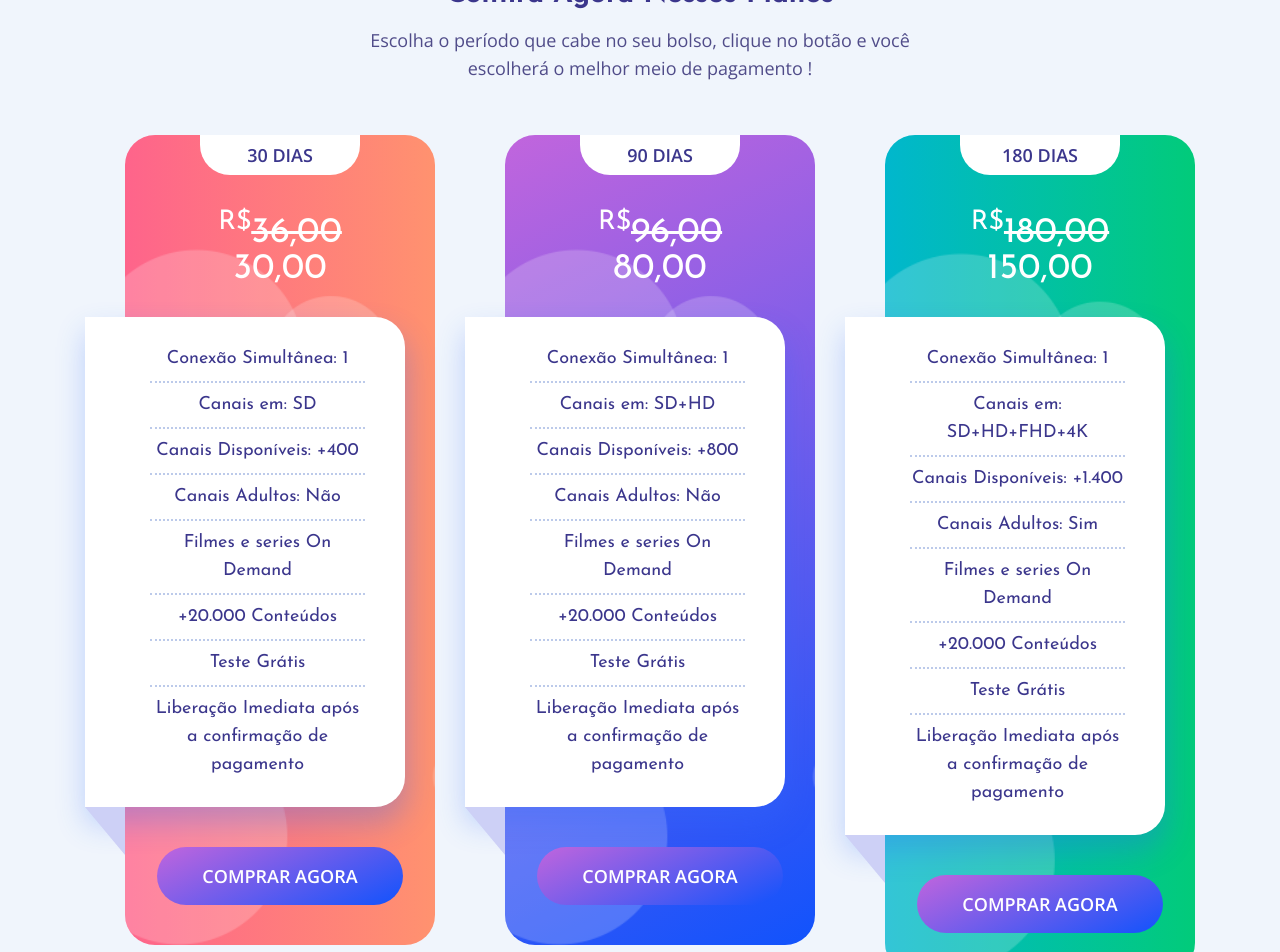
Repository: ontvplay/on
Page: stmdigitalpro.com/index11f1.html
The author's editor kept a copy of each file at every save. The page is drawn from the files as they stood at one save, then again after the next save.
The browser window is 1280 px wide. The pictures show the part of the page from y = 938 to 1890 px (the page is 3127 px tall).

Above is the page before, as saved 2022-10-31 17:27:15.
Console error: SyntaxError: Unexpected token '<'

### stmdigitalpro.com/index11f1.html
<!DOCTYPE html>
<html lang="pt-br">


<!-- Mirrored from stmdigitalpro.com/?gclid=CjwKCAjw5P2aBhAlEiwAAdY7dHFg6Q8GZTSVRuTQUSZjMLkOY-f0EL3_BmVK-qXmUvH7JYLV-5xFkBoC-UgQAvD_BwE by HTTrack Website Copier/3.x [XR&CO'2014], Mon, 31 Oct 2022 20:46:56 GMT -->
<head>
    <meta charset="UTF-8">
    <meta name="viewport" content="width=device-width, initial-scale=1.0">
    <meta http-equiv="X-UA-Compatible" content="ie=edge">

    <title>Os Melhores Canais Online</title>

    <link rel="stylesheet" href="assets/css/bootstrap.min.css">
    <link rel="stylesheet" href="assets/css/all.min.css">
    <link rel="stylesheet" href="assets/css/animate.css">
    <link rel="stylesheet" href="assets/css/nice-select.css">
    <link rel="stylesheet" href="assets/css/owl.min.css">
    <link rel="stylesheet" href="assets/css/jquery-ui.min.css">
    <link rel="stylesheet" href="assets/css/magnific-popup.css">
    <link rel="stylesheet" href="assets/css/flaticon.css">
    <link rel="stylesheet" href="assets/css/main.css">

    <link rel="shortcut icon" href="assets/images/favicon.png" type="image/x-icon">

    <!-- Global site tag (gtag.js) - Google Analytics -->
<script async src="https://www.googletagmanager.com/gtag/js?id=G-V7D9X19Y8C"></script>
<script>
  window.dataLayer = window.dataLayer || [];
  function gtag(){dataLayer.push(arguments);}
  gtag('js', new Date());

  gtag('config', 'G-V7D9X19Y8C');
</script>
<!-- Google Tag Manager -->
<script>(function(w,d,s,l,i){w[l]=w[l]||[];w[l].push({'gtm.start':
new Date().getTime(),event:'gtm.js'});var f=d.getElementsByTagName(s)[0],
j=d.createElement(s),dl=l!='dataLayer'?'&l='+l:'';j.async=true;j.src=
'../www.googletagmanager.com/gtm5445.html?id='+i+dl;f.parentNode.insertBefore(j,f);
})(window,document,'script','dataLayer','GTM-MDL67VZ');</script>
<!-- End Google Tag Manager -->
</head>

<body>
    <!-- Google Tag Manager (noscript) -->
<noscript><iframe src="https://www.googletagmanager.com/ns.html?id=GTM-MDL67VZ"
height="0" width="0" style="display:none;visibility:hidden"></iframe></noscript>
<!-- End Google Tag Manager (noscript) -->
    <!--============= Header Section Starts Here =============-->
    <header class="header-section header-cl-black">
        <div class="container">
            <div class="header-wrapper">
                <div class="logo">
                    <a href="#home">
                        <img class="imglogo"src="assets/images/logo/banner57.jpg" alt="logo">
                    </a>
                </div>
                <ul class="menu">
                    <li>
                        <a href="#home">Inicio</a>
                    </li>
                    <li>
                        <a href="https://api.whatsapp.com/send?phone=5595991384605&amp;text=Ola!" target="_blank">WhatsApp</a>
                    </li>
                    <li>
                        <a href="https://api.whatsapp.com/send?phone=5595991384605&amp;text=Ola!" target="_blank">Suporte</a>
                    </li>
                    <li>
                        <a href="#Planos">Planos</a>
                    </li>
                    <li>
                        <a href="#home">Promoção</a>
                    </li>
                </ul>
                <div class="header-bar d-lg-none">
                    <span></span>
                    <span></span>
                    <span></span>
                </div>
            </div>
        </div>
    </header>
    <!--============= Header Section Ends Here =============-->


   <!--============= Banner Section Starts Here =============-->
    <section class="banner-20 pos-rel oh bg_img" data-background="./assets/images/extra-2/banner/banner-bg-20.jpg" id="home" id="planospromocionais">
        <div class="container">
            <div class="row flex-wrap-reverse align-items-center justify-content-lg-between">
                <div class="col-lg-6">
                    <div class="banner-thumb-20 rtl text-left">
                        <img src="assets/images/extra-2/banner/banner-20.png" alt="extra-2/banner">
                        <a href="https://wa.me/5595991384605?text=Gostaria%20de%20Assinar%20a%20Promo%c3%a7%c3%a3o%20do%20Rei!" target="_blank" class="button-4 text-center">Contratar Agora</a>
                    </div>
                </div>
                <div class="col-lg-6 ">
                    <div class="banner-content-20 text-center">
                        <div class="banner-thumb-20 ">
                            <img src="assets/images/extra-2/banner/banner-21.png" alt="extra-2/banner">
                        </div>

                    </div>
                </div>
            </div>
        </div>
    </section>
    <!--============= Banner Section Ends Here =============-->
    <!--============= Pricing Section Starts Here =============-->
    <section class="pricing-section-20 body--bg position-relative padding-bottom padding-top" id="Planos">
        <div class="container">
            <div class="section-header">
                <h5 class="cate">Um dos mehores servidores online!</h5>
                <h4 class="title">Confira Agora Nossos Planos</h4>
                <p>
                    Escolha o período que cabe no seu bolso, clique no botão e você escolherá o melhor meio de pagamento !
                </p>
            </div>
            <div class="tab">
                <div class="tab-area">
                    <div class="tab-item active">
                        <div class="row mb-30-none justify-content-center">
                            <div class="col-lg-4 col-md-6 col-sm-10">
                                <div class="pricing-item-20">
                                    <div class="pricing-header">
                                        <span class="name">30 DIAS</span>
                                        <h3 class="price"><sup>R$</sup><s>36,00</s><br>30,00</br></h3>
                                    </div>
                                    <div class="pricing-body">
                                        <ul>
                                            <li>
                                                Conexão Simultânea: 1
                                            </li>
                                            <li>
                                                Canais em: SD
                                            </li>
                                            <li>
                                                Canais Disponíveis: +400
                                            </li>
                                            <li>
                                                Canais Adultos: Não
                                            </li>
                                            <li>
                                                Filmes e series On Demand
                                            </li>
                                            <li>
                                                +20.000 Conteúdos
                                            </li>
                                            <li>
                                                Teste Grátis
                                            </li>
                                            <li>
                                                Liberação Imediata após a confirmação de pagamento
                                            </li>

                                        </ul>
                                    </div>
                                    <div class="pricing-footer text-center">
                                        <a href="https://api.whatsapp.com/send?phone=5595991384605&amp;text=Ol%c3%a1%20Gostaria%20de%20assinar%20meu%20plano!" target="_blank" class="button-4">COMPRAR AGORA</a>
                                    </div>
                                </div>
                            </div>
                            <div class="col-lg-4 col-md-6 col-sm-10">
                                <div class="pricing-item-20">
                                    <div class="pricing-header">
                                        <span class="name">90 DIAS</span>
                                        <h3 class="price"><sup>R$</sup><s>96,00</s><br>80,00</br></h3>
                                    </div>
                                    <div class="pricing-body">
                                        <ul>
                                            <li>
                                                Conexão Simultânea: 1
                                            </li>
                                            <li>
                                                Canais em: SD+HD
                                            </li>
                                            <li>
                                                Canais Disponíveis: +800
                                            </li>
                                            <li>
                                                Canais Adultos: Não
                                            </li>
                                            <li>
                                                Filmes e series On Demand
                                            </li>
                                            <li>
                                                +20.000 Conteúdos
                                            </li>
                                            <li>
                                                Teste Grátis
                                            </li>
                                            <li>
                                                Liberação Imediata após a confirmação de pagamento
                                            </li>

                                        </ul>
                                    </div>
                                    <div class="pricing-footer text-center">
                                        <a href="https://api.whatsapp.com/send?phone=5595991384605&amp;text=Ol%c3%a1%20Gostaria%20de%20assinar%20meu%20plano!" target="_blank" class="button-4">COMPRAR AGORA</a>
                                    </div>
                                </div>
                            </div>
                            <div class="col-lg-4 col-md-6 col-sm-10">
                                <div class="pricing-item-20">
                                    <div class="pricing-header">
                                        <span class="name">180 DIAS</span>
                                        <h3 class="price"><sup>R$</sup><s>180,00</s><br>150,00</br></h3>
                                    </div>
                                    <div class="pricing-body">
                                        <ul>
                                            <li>
                                                Conexão Simultânea: 1
                                            </li>
                                            <li>
                                                Canais em: SD+HD+FHD+4K
                                            </li>
                                            <li>
                                                Canais Disponíveis: +1.400
                                            </li>
                                            <li>
                                                Canais Adultos: Sim
                                            </li>
                                            <li>
                                                Filmes e series On Demand
                                            </li>
                                            <li>
                                                +20.000 Conteúdos
                                            </li>
                                            <li>
                                                Teste Grátis
                                            </li>
                                            <li>
                                                Liberação Imediata após a confirmação de pagamento
                                            </li>

                                        </ul>
                                    </div>
                                    <div class="pricing-footer text-center">
                                        <a href="https://api.whatsapp.com/send?phone=5595991384605&amp;text=Ol%c3%a1%20Gostaria%20de%20assinar%20meu%20plano!" target="_blank" class="button-4">COMPRAR AGORA</a>
                                    </div>
                                </div>
                            </div>
                        </div>
                    </div>
                </div>
            </div>
        </div>
    </section>
    <!--============= Pricing Section Ends Here =============-->
    <!--============= Feature Section Starts Here =============-->
    <section class="feature-section padding-top-2 padding-bottom-2">
        <div class="container">
            <div class="feature--wrapper-17">
                <div class="row align-items-center flex-wrap-reverse position-relative">
                    <div class="col-lg-6">
                        <div class="row mb-30-none">
                            <div class="col-md-6">
                                <div class="am-item">
                                    <div class="am-thumb">
                                        <img src="assets/images/feature/am-fea1.png" alt="feature">
                                    </div>
                                    <div class="am-content">
                                        <h5 class="title">Teste Gratuito</h5>
                                    </div>
                                </div>
                                <div class="am-item active">
                                    <div class="am-thumb">
                                        <img src="assets/images/feature/am-fea2.png" alt="feature">
                                    </div>
                                    <div class="am-content">
                                        <h5 class="title">Seguraça Criptografada</h5>
                                    </div>
                                </div>
                            </div>
                            <div class="col-md-6 mt-md-120">
                                <div class="am-item">
                                    <div class="am-thumb">
                                        <img src="assets/images/feature/am-fea3.png" alt="feature">
                                    </div>
                                    <div class="am-content">
                                        <h5 class="title">Conexão Rapida 99.9 Up Time</h5>
                                    </div>
                                </div>
                                <div class="am-item">
                                    <div class="am-thumb">
                                        <img src="assets/images/feature/am-fea4.png" alt="feature">
                                    </div>
                                    <div class="am-content">
                                        <h5 class="title">24h de Suporte</h5>
                                    </div>
                                </div>
                            </div>
                        </div>
                    </div>
                    <div class="col-lg-6">
                        <div class="section-header left-style mb-lg-0">
                            <h5 class="cate">Assista Onde Quiser e Quando Quiser</h5>
                            <h2 class="title">Eleita a Lista mais estável de 2022</h2>
                            <p>
                            Um aplicativo totalmente exclusivo para você. Basta baixa-lo e assistir tudo o que quiser e quando quiser. Oferecemos todos os <b>Canais Abertos e Fechados, Filmes & Series</b> sem travamentos e em ótimas qualidades
                            </p>
                            <a href="#home" class="hightlight-link">Confira Nossa Promoção <i class="flaticon-right"></i></a>
                        </div>
                    </div>
                </div>
            </div>
        </div>
    </section>
    <!--============= Feature Section Ends Here =============-->

    <!--============= Pricing Section Starts Here =============-->

    <!--============= Pricing Section Ends Here =============-->


    <!--============= Footer Section Starts Here =============-->
    <footer class="footer-section bg_img" data-background="assets/images/extra-2/footer/footer-bg.png">
        <div class="container">
            <div class="footer-top padding-top padding-bottom">
                <div class="logo">
                    <a href="#0">
                        <img src="assets/images/logo/logo2.png" alt="logo">
                    </a>
                </div>
            </div>

            <div class="copyright light-border">
                <p>
                    Copyright © 2022. Garantia e compromisso.
                </p>
            </div>
        </div>
    </footer>

<style>
    .whatsapp {
    position: fixed;
    top: 82%;
    right: 0%;
    padding: 10px;
    z-index: 10000000;
}
</style>
<div>
    <a href="https://api.whatsapp.com/send?phone=5595991384605&amp;text=Ol%C3%A1%20Gostaria%20de%20assinar%20meu%20plano!" target="_blank">
       <img class="whatsapp" src="../images.tcdn.com.br/static_inst/integracao/imagens/whatsapp.png">
    </a>
</div>

    <!--============= Footer Section Ends Here =============-->



    <script src="assets/js/jquery-3.3.1.min.js"></script>
    <script src="assets/js/modernizr-3.6.0.min.js"></script>
    <script src="assets/js/plugins.js"></script>
    <script src="assets/js/bootstrap.min.js"></script>
    <script src="assets/js/magnific-popup.min.js"></script>
    <script src="assets/js/jquery-ui.min.js"></script>
    <script src="assets/js/wow.min.js"></script>
    <script src="assets/js/waypoints.js"></script>
    <script src="assets/js/nice-select.js"></script>
    <script src="assets/js/owl.min.js"></script>
    <script src="assets/js/counterup.min.js"></script>
    <script src="assets/js/paroller.js"></script>
    <script src="assets/js/main.js"></script>
</body>


<!-- Mirrored from stmdigitalpro.com/?gclid=CjwKCAjw5P2aBhAlEiwAAdY7dHFg6Q8GZTSVRuTQUSZjMLkOY-f0EL3_BmVK-qXmUvH7JYLV-5xFkBoC-UgQAvD_BwE by HTTrack Website Copier/3.x [XR&CO'2014], Mon, 31 Oct 2022 20:47:14 GMT -->
</html>

### stmdigitalpro.com/assets/js/plugins.js
// Avoid `console` errors in browsers that lack a console.
(function() {
  var method;
  var noop = function () {};
  var methods = [
    'assert', 'clear', 'count', 'debug', 'dir', 'dirxml', 'error',
    'exception', 'group', 'groupCollapsed', 'groupEnd', 'info', 'log',
    'markTimeline', 'profile', 'profileEnd', 'table', 'time', 'timeEnd',
    'timeline', 'timelineEnd', 'timeStamp', 'trace', 'warn'
  ];
  var length = methods.length;
  var console = (window.console = window.console || {});

  while (length--) {
    method = methods[length];

    // Only stub undefined methods.
    if (!console[method]) {
      console[method] = noop;
    }
  }
}());

// Place any jQuery/helper plugins in here.

### www.googletagmanager.com/gtm5445.html
<!DOCTYPE html>
<html lang=en>
  <meta charset=utf-8>
  <meta name=viewport content="initial-scale=1, minimum-scale=1, width=device-width">
  <title>Error 400 (Bad Request)!!1</title>
  <style>
    *{margin:0;padding:0}html,code{font:15px/22px arial,sans-serif}html{background:#fff;color:#222;padding:15px}body{margin:7% auto 0;max-width:390px;min-height:180px;padding:30px 0 15px}* > body{background:url(//www.google.com/images/errors/robot.png) 100% 5px no-repeat;padding-right:205px}p{margin:11px 0 22px;overflow:hidden}ins{color:#777;text-decoration:none}a img{border:0}@media screen and (max-width:772px){body{background:none;margin-top:0;max-width:none;padding-right:0}}#logo{background:url(//www.google.com/images/branding/googlelogo/1x/googlelogo_color_150x54dp.png) no-repeat;margin-left:-5px}@media only screen and (min-resolution:192dpi){#logo{background:url(//www.google.com/images/branding/googlelogo/2x/googlelogo_color_150x54dp.png) no-repeat 0% 0%/100% 100%;-moz-border-image:url(//www.google.com/images/branding/googlelogo/2x/googlelogo_color_150x54dp.png) 0}}@media only screen and (-webkit-min-device-pixel-ratio:2){#logo{background:url(//www.google.com/images/branding/googlelogo/2x/googlelogo_color_150x54dp.png) no-repeat;-webkit-background-size:100% 100%}}#logo{display:inline-block;height:54px;width:150px}
  </style>
  <a href=//www.google.com/><span id=logo aria-label=Google></span></a>
  <p><b>400.</b> <ins>That’s an error.</ins>
  <p>Your client has issued a malformed or illegal request.  <ins>That’s all we know.</ins>

Loaded but not shown: stmdigitalpro.com/assets/css/bootstrap.min.css (library); stmdigitalpro.com/assets/css/all.min.css (library); stmdigitalpro.com/assets/css/animate.css (library); stmdigitalpro.com/assets/css/nice-select.css (common file); stmdigitalpro.com/assets/css/owl.min.css (library); stmdigitalpro.com/assets/css/jquery-ui.min.css (library); stmdigitalpro.com/assets/css/magnific-popup.css (library); stmdigitalpro.com/assets/css/main.css (library); stmdigitalpro.com/assets/js/jquery-3.3.1.min.js (library); stmdigitalpro.com/assets/js/modernizr-3.6.0.min.js (library); stmdigitalpro.com/assets/js/bootstrap.min.js (library); stmdigitalpro.com/assets/js/magnific-popup.min.js (library); stmdigitalpro.com/assets/js/jquery-ui.min.js (library); stmdigitalpro.com/assets/js/wow.min.js (library); stmdigitalpro.com/assets/js/waypoints.js (library); stmdigitalpro.com/assets/js/nice-select.js (common file); stmdigitalpro.com/assets/js/owl.min.js (library); stmdigitalpro.com/assets/js/counterup.min.js (common file); stmdigitalpro.com/assets/js/main.js (732 lines, source omitted); stmdigitalpro.com/assets/js/paroller.js (124 lines, source omitted)

After the next save:
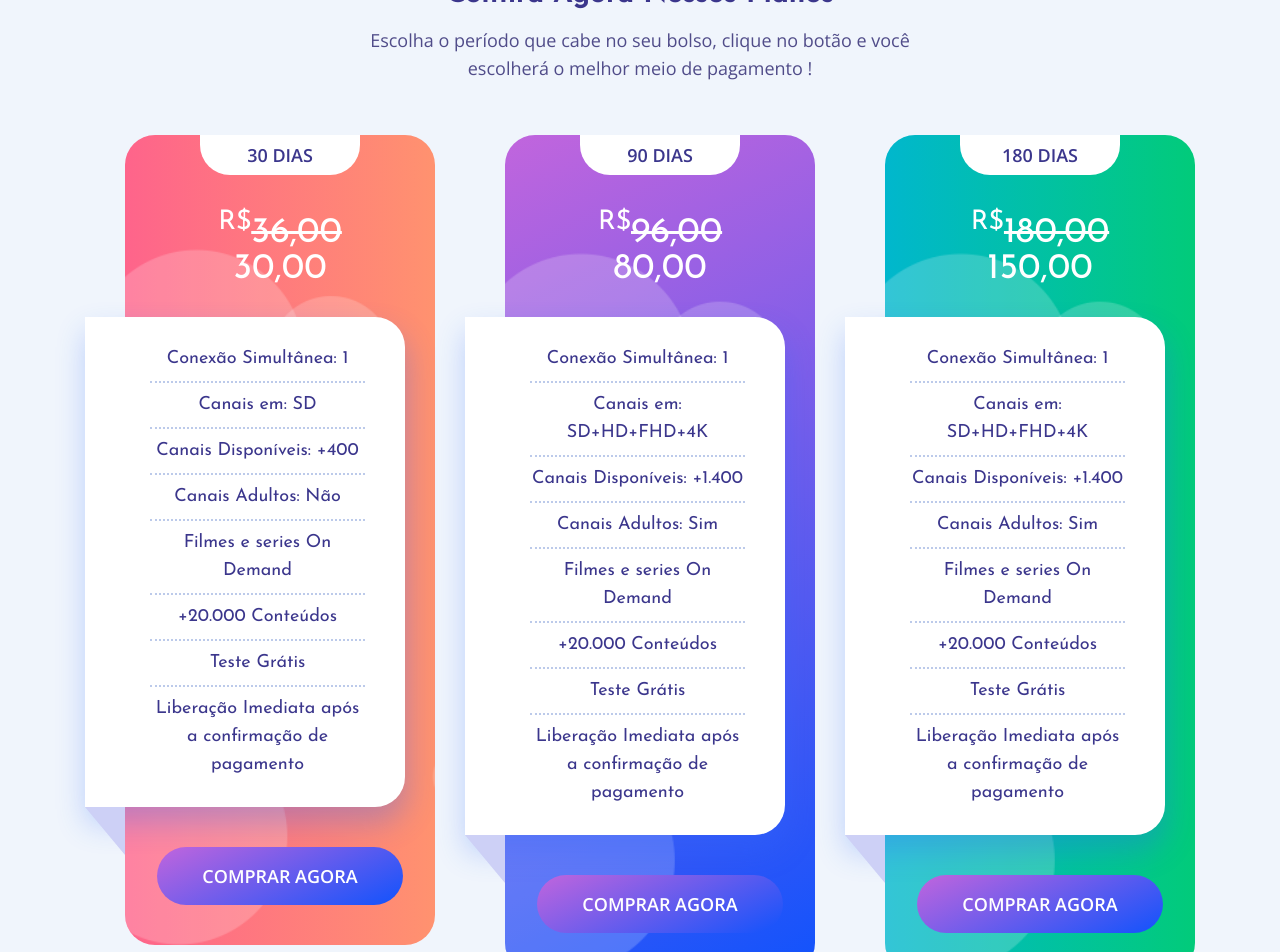
Saved 35 s later.
--- a/stmdigitalpro.com/index11f1.html
+++ b/stmdigitalpro.com/index11f1.html
@@ -170,13 +170,13 @@ height="0" width="0" style="display:none;visibility:hidden"></iframe></noscript>
                                                 Conexão Simultânea: 1
                                             </li>
                                             <li>
-                                                Canais em: SD+HD
-                                            </li>
-                                            <li>
-                                                Canais Disponíveis: +800
-                                            </li>
-                                            <li>
-                                                Canais Adultos: Não
+                                                Canais em: SD+HD+FHD+4K
+                                            </li>
+                                            <li>
+                                                Canais Disponíveis: +1.400
+                                            </li>
+                                            <li>
+                                                Canais Adultos: Sim
                                             </li>
                                             <li>
                                                 Filmes e series On Demand
